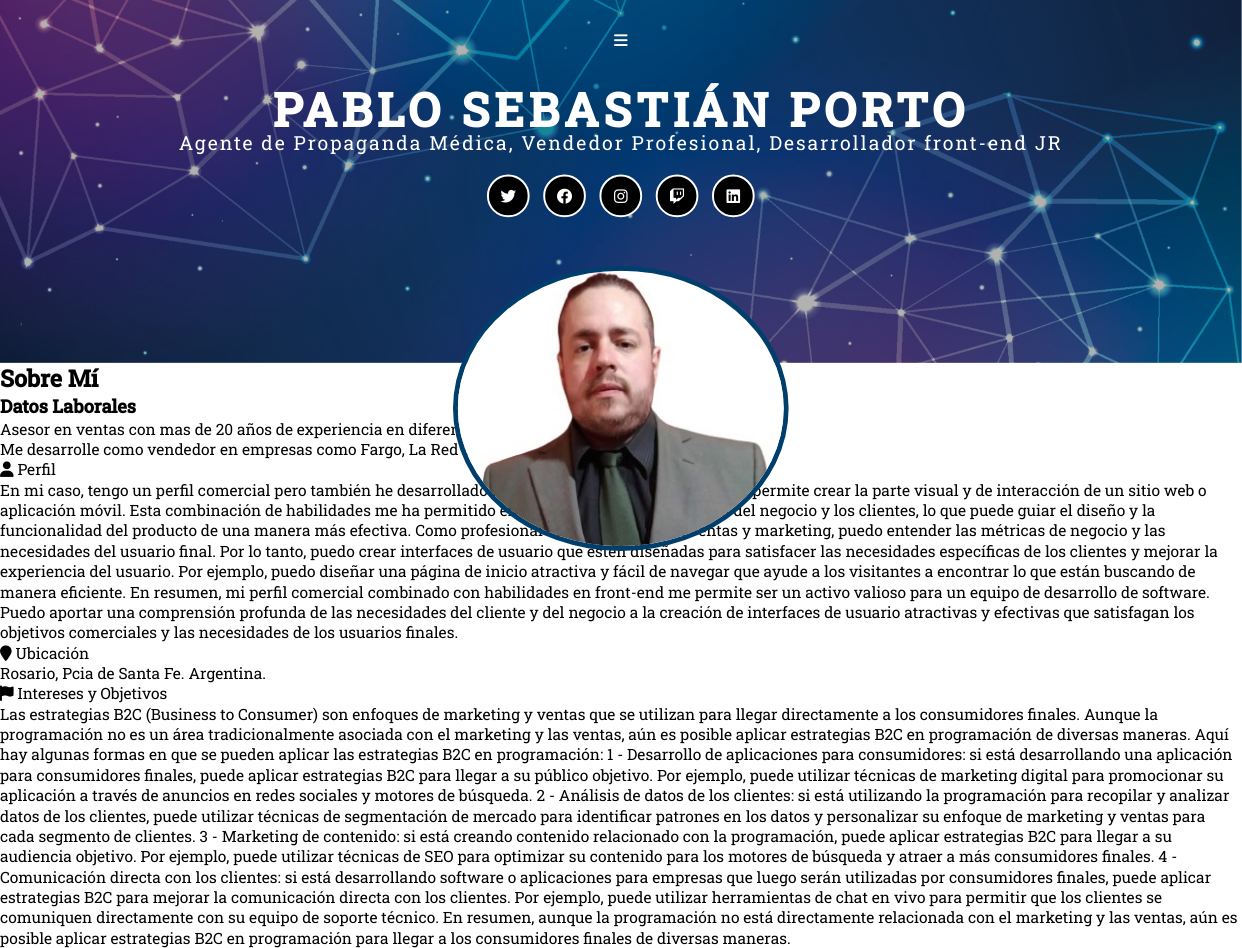
Repository: PabloSebastianPorto/Entrega-CV-1-ARG-PROG
Page: CVFINAL/CVfinal.HTML
An editor plug-in stored every save of this project. The page is shown before and after the next save, followed by the edit.
The browser window is 1280 px wide. The pictures show the whole page, at 97% of full size.
Some web libraries are served in a nearby version.

Above is the page before, as saved 2023-02-26 21:10:22.

### CVFINAL/CVfinal.HTML
<!DOCTYPE html>
<html lang="es">
  <head>
    <meta charset="UTF-8" />
    <meta http-equiv="X-UA-Compatible" content="IE=edge" />
    <meta name="viewport" content="width=device-width, initial-scale=1.0" />
    <title>Document</title>
    <link
      rel="stylesheet"
      href="https://cdnjs.cloudflare.com/ajax/libs/font-awesome/6.3.0/css/all.min.css"
      integrity="sha512-SzlrxWUlpfuzQ+pcUCosxcglQRNAq/DZjVsC0lE40xsADsfeQoEypE+enwcOiGjk/bSuGGKHEyjSoQ1zVisanQ=="
      crossorigin="anonymous"
      referrerpolicy="no-referrer"
    />
    <link rel="stylesheet" href="CVfinal.css" />
    <title>CV Pablo Sebastián Porto</title>
  </head>
  <body>
    <section class="inicio" id="inicio">
      <div class="contenido-seccion">
        <header>
          <div class="nav-clas"></div>
          <i class="fa-solid fa-bars"></i>
          <nav id="nav" class="nav">
            <a href="#Inicio">Inicio</a>
            <a href="#Sobre Mí">Sobre Mí</a>
            <a href="#Habilidades">Habilidades</a>
            <a href="#Contactame">Contactame</a>
          </nav>
        </header>
        <div class="info">
          <h1>PABLO SEBASTIÁN PORTO</h1>
          <h2>
            Agente de Propaganda Médica, Vendedor Profesional, Desarrollador
            front-end JR
          </h2>
          <div class="redes">
            <a href="#"><i class="fa-brands fa-twitter"></i></a>
            <a href="#"><i class="fa-brands fa-facebook"></i></a>
            <a href="#"><i class="fa-brands fa-instagram"></i></a>
            <a href="#"><i class="fa-brands fa-twitch"></i></a>
            <a href="#"><i class="fa-brands fa-linkedin"></i></a>
          </div>
        </div>
        <div class="foto">
          <img
            src="IMG/CVfoto.jpg"
            alt="Aca va una imagen, pero se la robaron"
          />
        </div>
      </div>
    </section>
    <section class="sobremi" id="sobremi">
      <div class="contenido-seccion">
        <h2 class="titulo-seccion">Sobre Mí</h2>
        <h3>Datos Laborales</h3>
        <p class="especial">
          Asesor en ventas con mas de 20 años de experiencia en diferentes
          rubros.
        </p>
        <p>
          Me desarrolle como vendedor en empresas como Fargo, La Red
          Equipamiento, Famago, entre otras.
        </p>
        <div class="fila">
          <div class="col">
            <i class="fa-solid fa-user"></i>
            <span class="titulo-detalle">Perfil</span>
            <p>
              En mi caso, tengo un perfil comercial pero también he desarrollado
              habilidades en front-end, lo que me permite crear la parte visual
              y de interacción de un sitio web o aplicación móvil. Esta
              combinación de habilidades me ha permitido entender mejor las
              necesidades del negocio y los clientes, lo que puede guiar el
              diseño y la funcionalidad del producto de una manera más efectiva.
              Como profesional con experiencia en ventas y marketing, puedo
              entender las métricas de negocio y las necesidades del usuario
              final. Por lo tanto, puedo crear interfaces de usuario que estén
              diseñadas para satisfacer las necesidades específicas de los
              clientes y mejorar la experiencia del usuario. Por ejemplo, puedo
              diseñar una página de inicio atractiva y fácil de navegar que
              ayude a los visitantes a encontrar lo que están buscando de manera
              eficiente. En resumen, mi perfil comercial combinado con
              habilidades en front-end me permite ser un activo valioso para un
              equipo de desarrollo de software. Puedo aportar una comprensión
              profunda de las necesidades del cliente y del negocio a la
              creación de interfaces de usuario atractivas y efectivas que
              satisfagan los objetivos comerciales y las necesidades de los
              usuarios finales.
            </p>
          </div>
          <div class="col">
            <i class="fa-solid fa-location-pin"></i>
            <span class="titulo-detalle">Ubicación</span>
            <p>Rosario, Pcia de Santa Fe. Argentina.</p>
          </div>
          <div class="col">
            <i class="fa-solid fa-flag"></i>
            <span class="titulo-detalle">Intereses y Objetivos</span>
            <p>
              Las estrategias B2C (Business to Consumer) son enfoques de
              marketing y ventas que se utilizan para llegar directamente a los
              consumidores finales. Aunque la programación no es un área
              tradicionalmente asociada con el marketing y las ventas, aún es
              posible aplicar estrategias B2C en programación de diversas
              maneras. Aquí hay algunas formas en que se pueden aplicar las
              estrategias B2C en programación: 1 - Desarrollo de aplicaciones
              para consumidores: si está desarrollando una aplicación para
              consumidores finales, puede aplicar estrategias B2C para llegar a
              su público objetivo. Por ejemplo, puede utilizar técnicas de
              marketing digital para promocionar su aplicación a través de
              anuncios en redes sociales y motores de búsqueda. 2 - Análisis de
              datos de los clientes: si está utilizando la programación para
              recopilar y analizar datos de los clientes, puede utilizar
              técnicas de segmentación de mercado para identificar patrones en
              los datos y personalizar su enfoque de marketing y ventas para
              cada segmento de clientes. 3 - Marketing de contenido: si está
              creando contenido relacionado con la programación, puede aplicar
              estrategias B2C para llegar a su audiencia objetivo. Por ejemplo,
              puede utilizar técnicas de SEO para optimizar su contenido para
              los motores de búsqueda y atraer a más consumidores finales. 4 -
              Comunicación directa con los clientes: si está desarrollando
              software o aplicaciones para empresas que luego serán utilizadas
              por consumidores finales, puede aplicar estrategias B2C para
              mejorar la comunicación directa con los clientes. Por ejemplo,
              puede utilizar herramientas de chat en vivo para permitir que los
              clientes se comuniquen directamente con su equipo de soporte
              técnico. En resumen, aunque la programación no está directamente
              relacionada con el marketing y las ventas, aún es posible aplicar
              estrategias B2C en programación para llegar a los consumidores
              finales de diversas maneras.
            </p>
          </div>
        </div>
      </div>
    </section>
  </body>
</html>

### CVFINAL/CVfinal.css
@import url("https://fonts.googleapis.com/css2?family=Roboto+Slab:wght@100;200;300;400;500&display=swap");
* {
  font-family: "Roboto Slab", serif;
  margin: 0;
  padding: 0;
}
html {
  scroll-behavior: smooth;
}
.inicio {
  background: linear-gradient(rgba(0, 0, 0, 0.3), rgba(0, 0, 0, 0.3)),
    url(IMG/imagen-fondo.jpg);
  background-size: cover;
  background-position: center center;
  color: #ffffff;
}
.inicio .contenido-seccion {
  max-width: 1000px;
  margin: auto;
  text-align: center;
  padding: 0 10px;
}
.inicio .contenido-seccion header {
  padding: 30px;
}
.inicio .contenido-seccion header nav {
  position: fixed;
  margin-left: 60px;
  background-color: #2b092e;
  padding: 15px;
  border-radius: 10px;
  text-align: left;
  z-index: 99;
  display: none;
}
.inicio .contenido-seccion header nav a {
  display: block;
  color: #86e41b;
  text-decoration: none;
  margin-bottom: 10px;
  font-weight: bold;
}
.inicio .contenido-seccion header .nav-bar {
  position: fixed;
  background-color: #940253;
  font-size: 20px;
  width: 50px;
  height: 50px;
  border-radius: 50%;
  line-height: 50px;
  cursor: pointer;
  transition: 0.3s;
}
.inicio .contenido-seccion header .nav-bar:hover {
  box-shadow: 0 0 35px #fff;
}
.inicio .contenido-seccion .info {
  padding-bottom: 130px;
}
.inicio .contenido-seccion .info h1 {
  font-size: 3rem;
  letter-spacing: 5px;
}
.inicio .contenido-seccion .info h2 {
  font-weight: normal;
  font-size: 20px;
  margin-top: -10px;
  letter-spacing: 2px;
}
.inicio .contenido-seccion .info .redes {
  margin: 20px 0;
}
.inicio .contenido-seccion .info .redes a {
  display: inline-block;
  text-decoration: none;
  background-color: #000;
  color: #ffffff;
  border: 2px solid #ffffff;
  border-radius: 50%;
  width: 40px;
  height: 40px;
  line-height: 40px;
  margin: 0 5px;
  transition: 0.3s;
}
.inicio .contenido-seccion .info .redes a:hover {
  color: #fff;
  background-color: #003e6c;
  box-shadow: 0 0 20px #fff;
}
.inicio .contenido-seccion .foto {
  position: relative;
}
.inicio .contenido-seccion .foto img {
  max-width: 350px;
  max-height: 350px;
  border-radius: 50%;
  border: 5px solid #003e6c;
  position: absolute;
  left: 50%;
  top: -100px;
  transform: translateX(-50%);
}

After the next save:
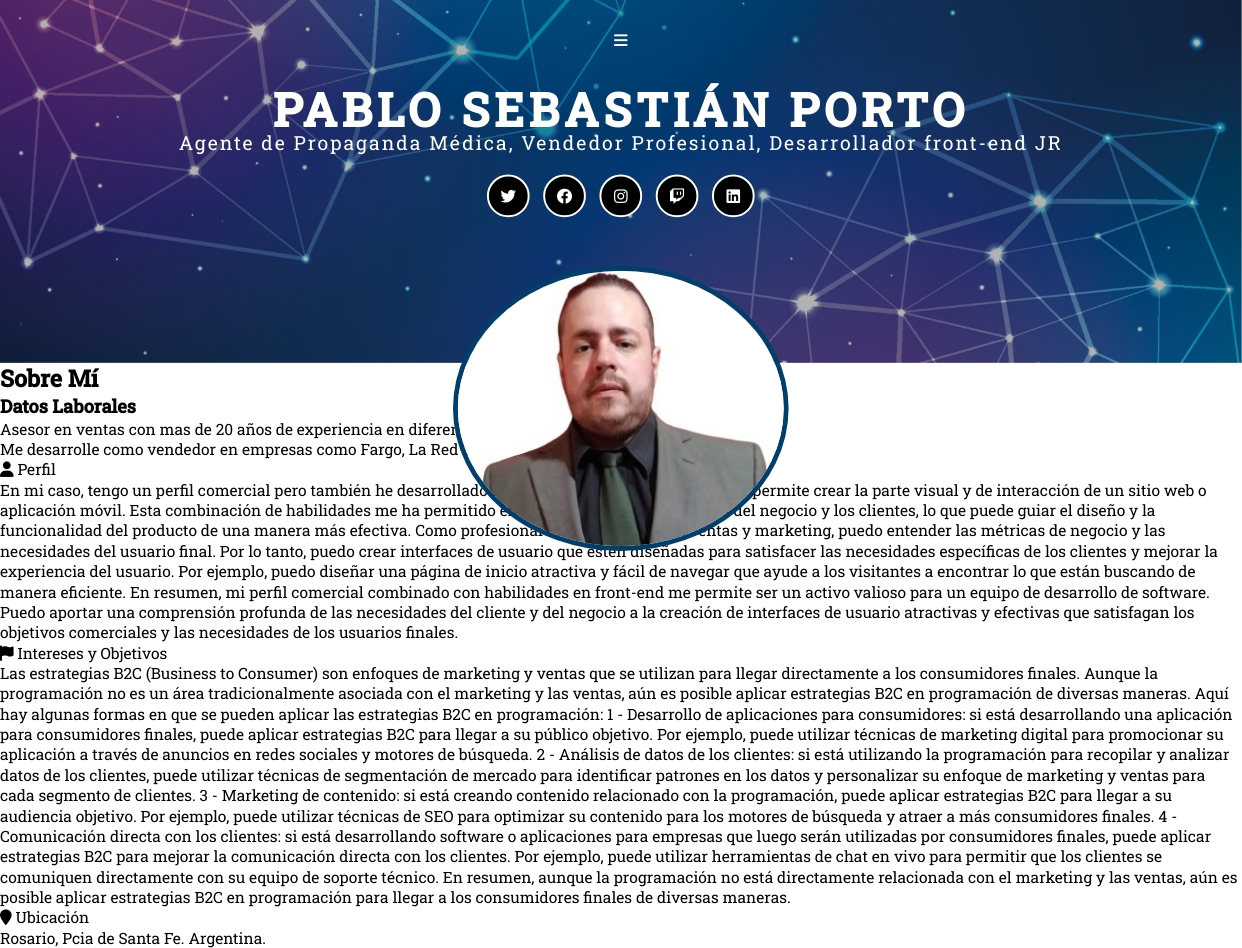
Saved 96 s later.
--- a/CVFINAL/CVfinal.HTML
+++ b/CVFINAL/CVfinal.HTML
@@ -90,11 +90,6 @@
             </p>
           </div>
           <div class="col">
-            <i class="fa-solid fa-location-pin"></i>
-            <span class="titulo-detalle">Ubicación</span>
-            <p>Rosario, Pcia de Santa Fe. Argentina.</p>
-          </div>
-          <div class="col">
             <i class="fa-solid fa-flag"></i>
             <span class="titulo-detalle">Intereses y Objetivos</span>
             <p>
@@ -131,6 +126,11 @@
               finales de diversas maneras.
             </p>
           </div>
+          <div class="col">
+            <i class="fa-solid fa-location-pin"></i>
+            <span class="titulo-detalle">Ubicación</span>
+            <p>Rosario, Pcia de Santa Fe. Argentina.</p>
+          </div>
         </div>
       </div>
     </section>
